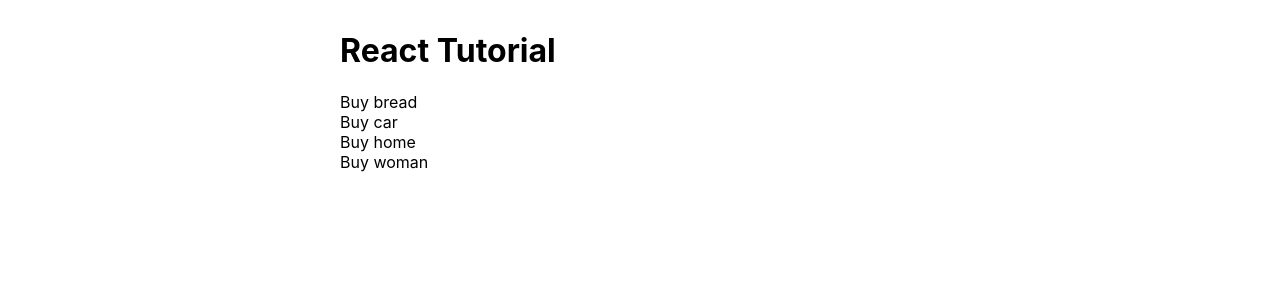
Repository: GregorPiev/rorganizer
Page: /
An editor plug-in stored every save of this project. The page is shown before and after the next save, followed by the edit.
The browser window is 1280 px wide. The pictures show the whole page.
The project was rebuilt for these pictures with package versions that can differ from the ones it lists, and the page was loaded fresh each time.

Above is the page before, as saved 2020-08-17 12:46:39.

After the next save:
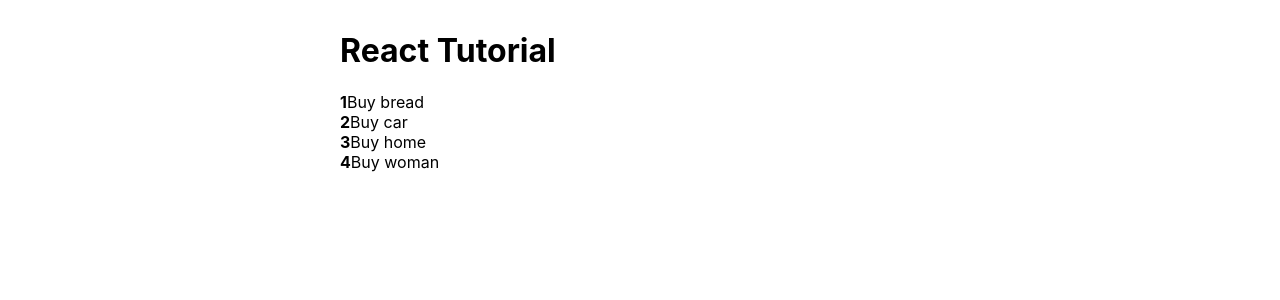
Saved 29 s later.
--- a/src/Todo/TodoItem/TodoItem.js
+++ b/src/Todo/TodoItem/TodoItem.js
@@ -1,8 +1,8 @@
 import React from 'react';
 
-export default function TodoItem({ todo }) {
+export default function TodoItem({ todo, index }) {
 
     return (
-        <li>{todo.title}</li>
+        <li><strong>{index + 1}</strong>{todo.title}</li>
     )
 }
